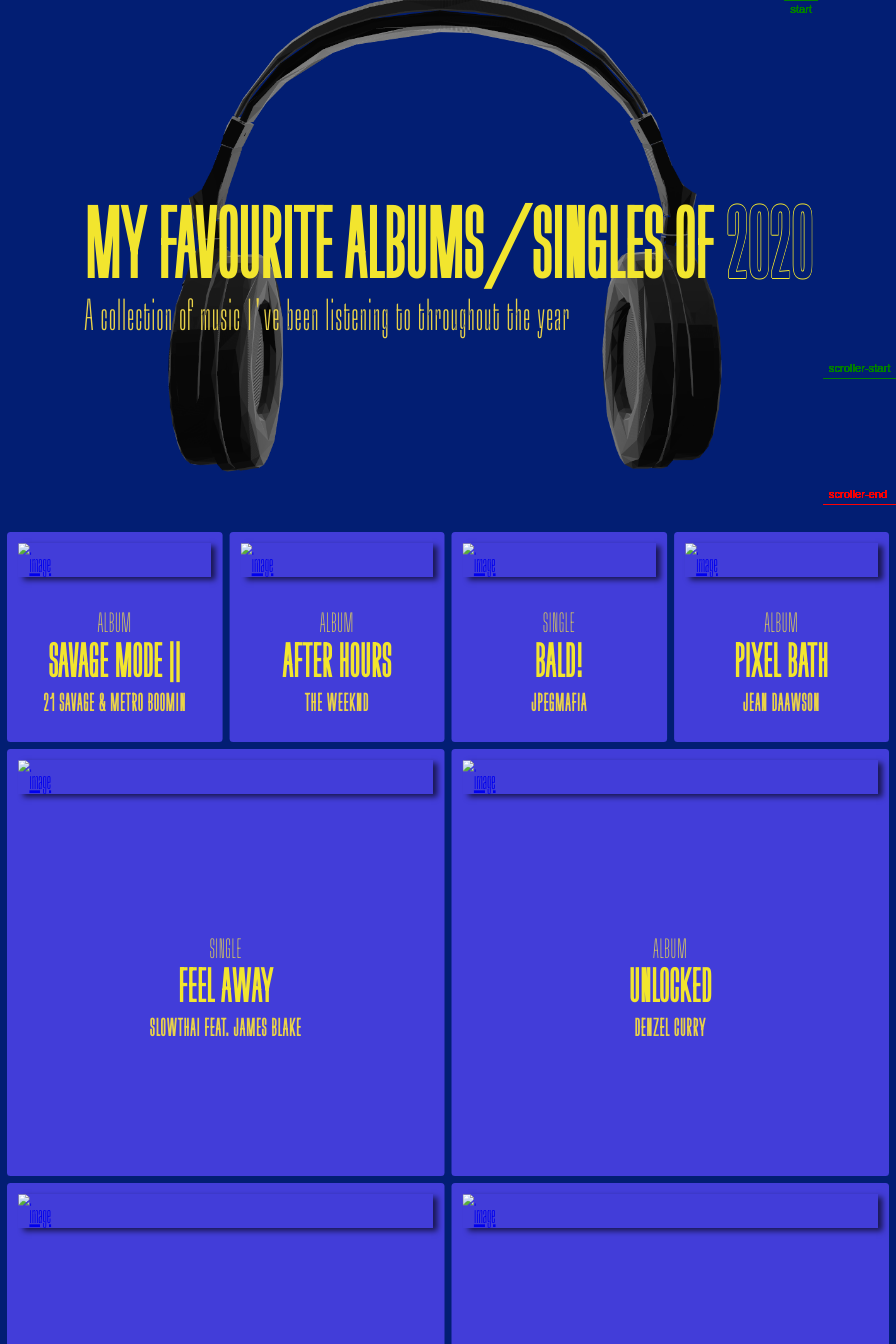
Repository: Spreceriany/musicly2020
Page: /
An editor plug-in stored every save of this project. The page is shown before and after the next save, followed by the edit.
The browser window is 1280 px wide. The pictures show the part of the page from y = 0 to 1920 px (the page is 6065 px tall before and 6062 px after), at 70% of full size.
Backgrounds fixed to the window are drawn as part of the page. Some web libraries are served in a nearby version. The project was rebuilt for these pictures with package versions that can differ from the ones it lists, and the page was loaded fresh each time.

Above is the page before, as saved 2021-01-18 15:36:48.
Console error: ReferenceError: Blazy is not defined

After the next save:
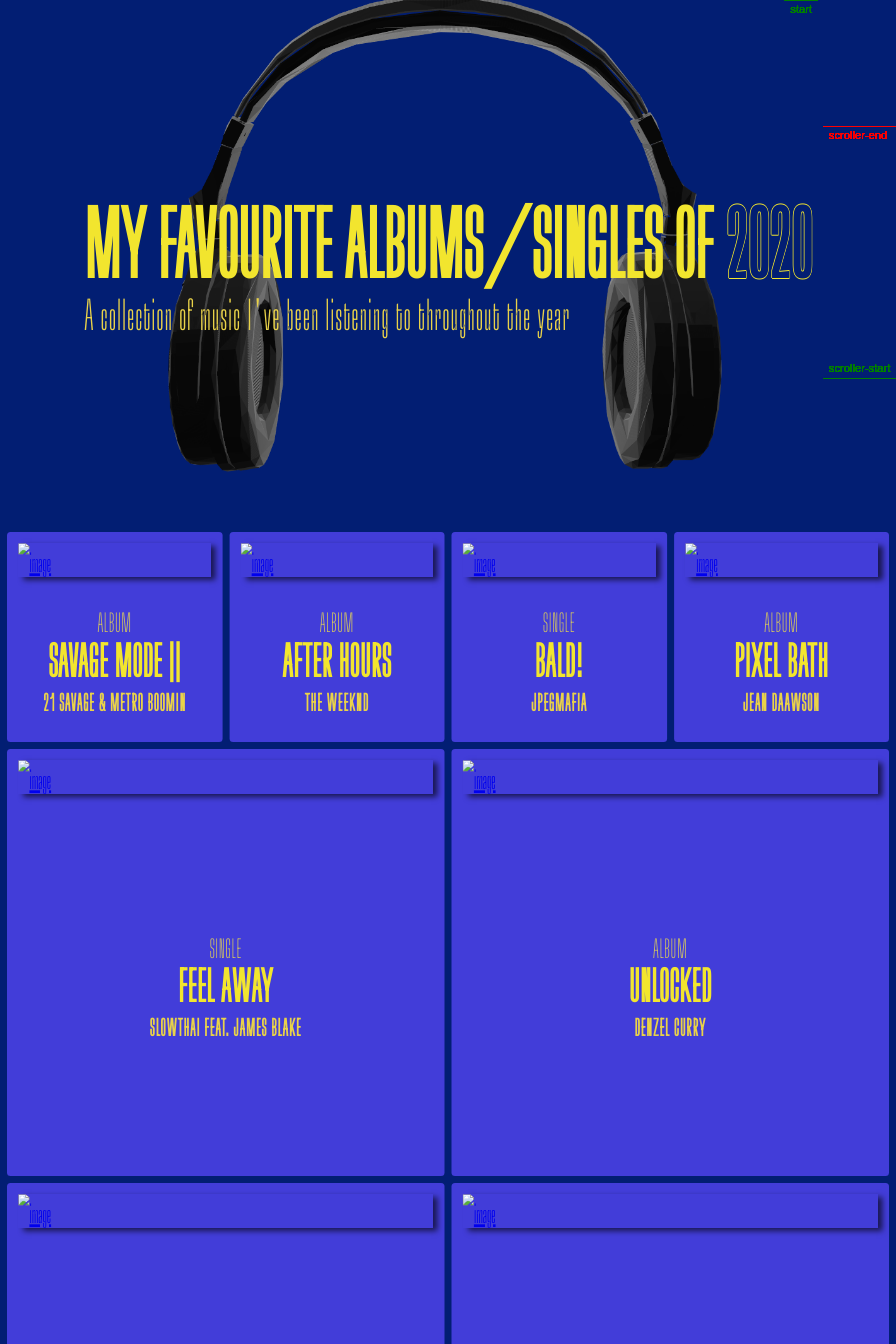
Saved 34 s later.
--- a/js/main.js
+++ b/js/main.js
@@ -8,6 +8,7 @@
           stagger: 0.3,
           scrollTrigger:{
               start: "top 75%",
+              end:"bottom 25%",
               markers:true
           }
 
